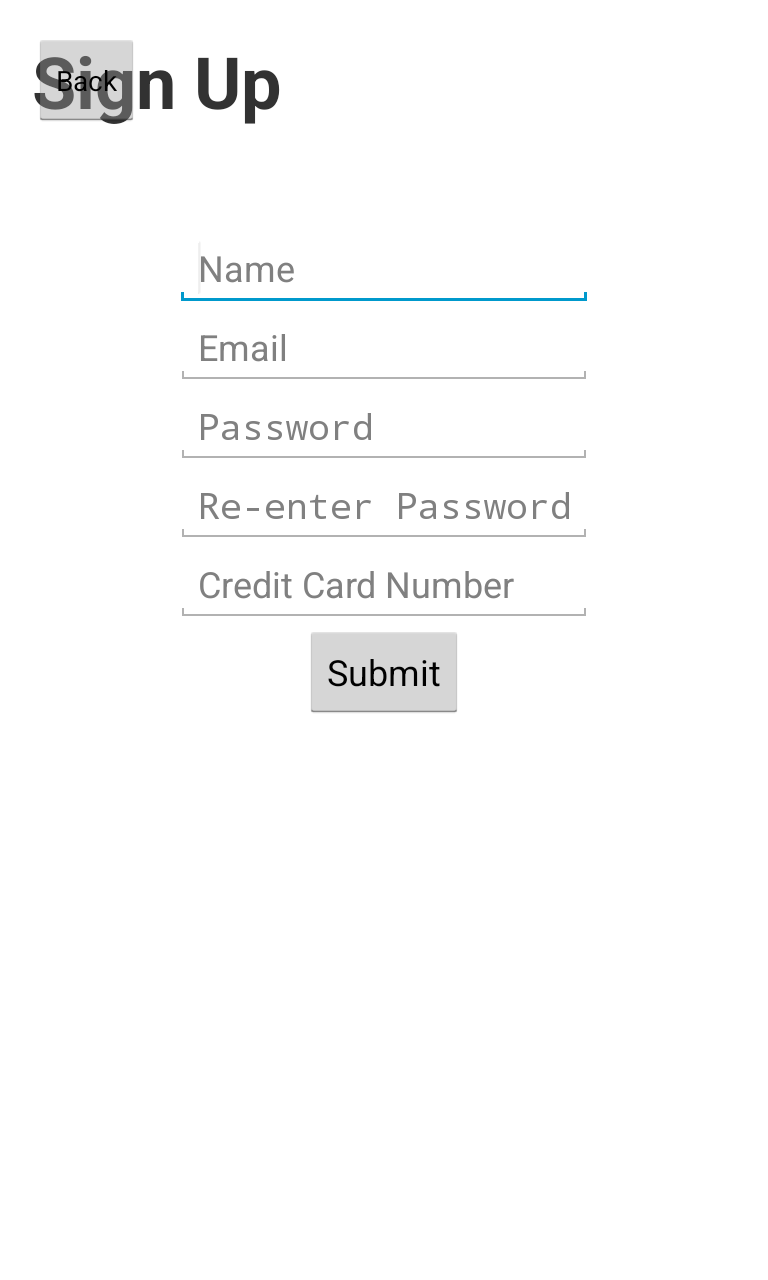
Repository: PotatoBiscuit/Thirstbuster
Layout: MobApp/workspace/DrinkAndGo/res/layout/activity_sign_up.xml
The author's editor kept a copy of each file at every save. The layout is drawn from the files as they stood at one save, then again after the next save.
It is drawn on a 768 x 1280 px phone screen (xhdpi) without system bars, with theme AppTheme; the app's code is not run.

Above is the layout before, as saved 2016-04-11 20:35:59.

After the next save:
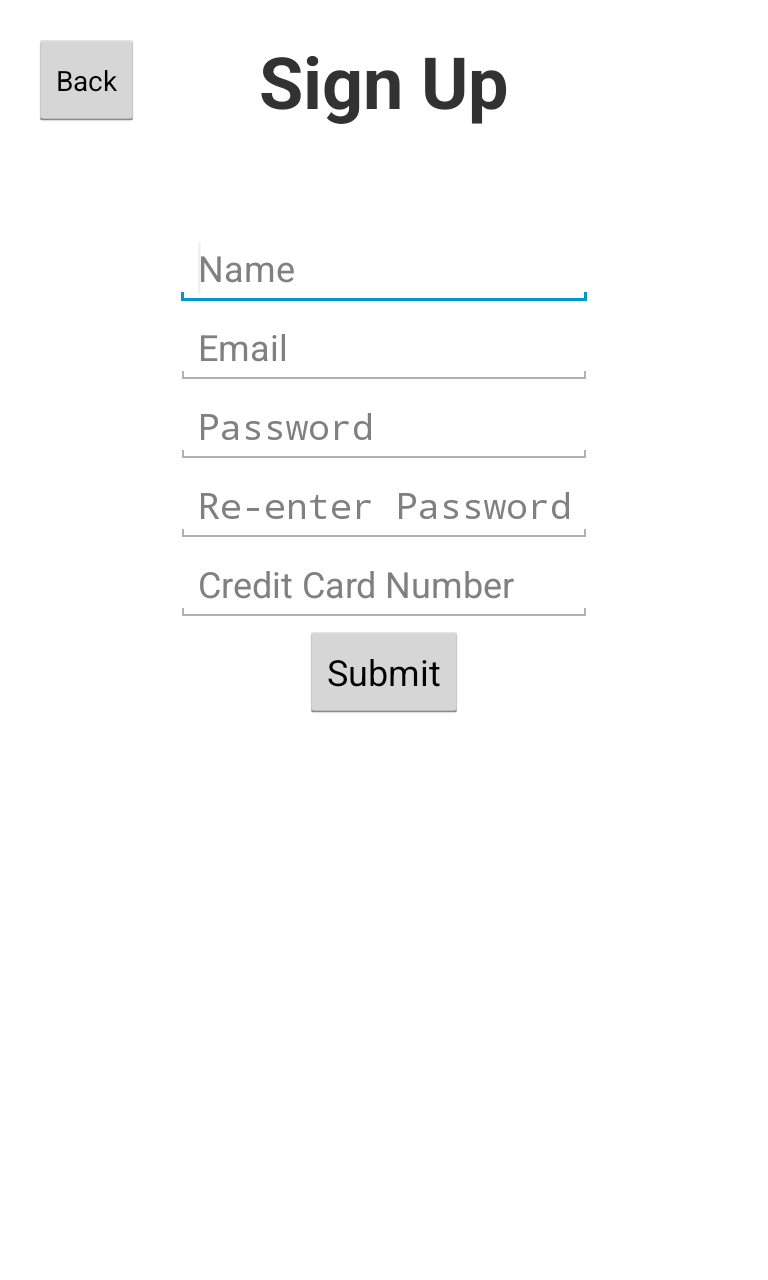
Saved 52 s later.
--- a/MobApp/workspace/DrinkAndGo/res/layout/activity_sign_up.xml
+++ b/MobApp/workspace/DrinkAndGo/res/layout/activity_sign_up.xml
@@ -17,7 +17,6 @@
         <TextView
             android:layout_width="wrap_content"
             android:layout_height="wrap_content"
-            android:layout_alignParentLeft="true"
             android:layout_centerInParent="true"
             android:text="@string/sign_up"
             android:textSize="@dimen/title_size"
